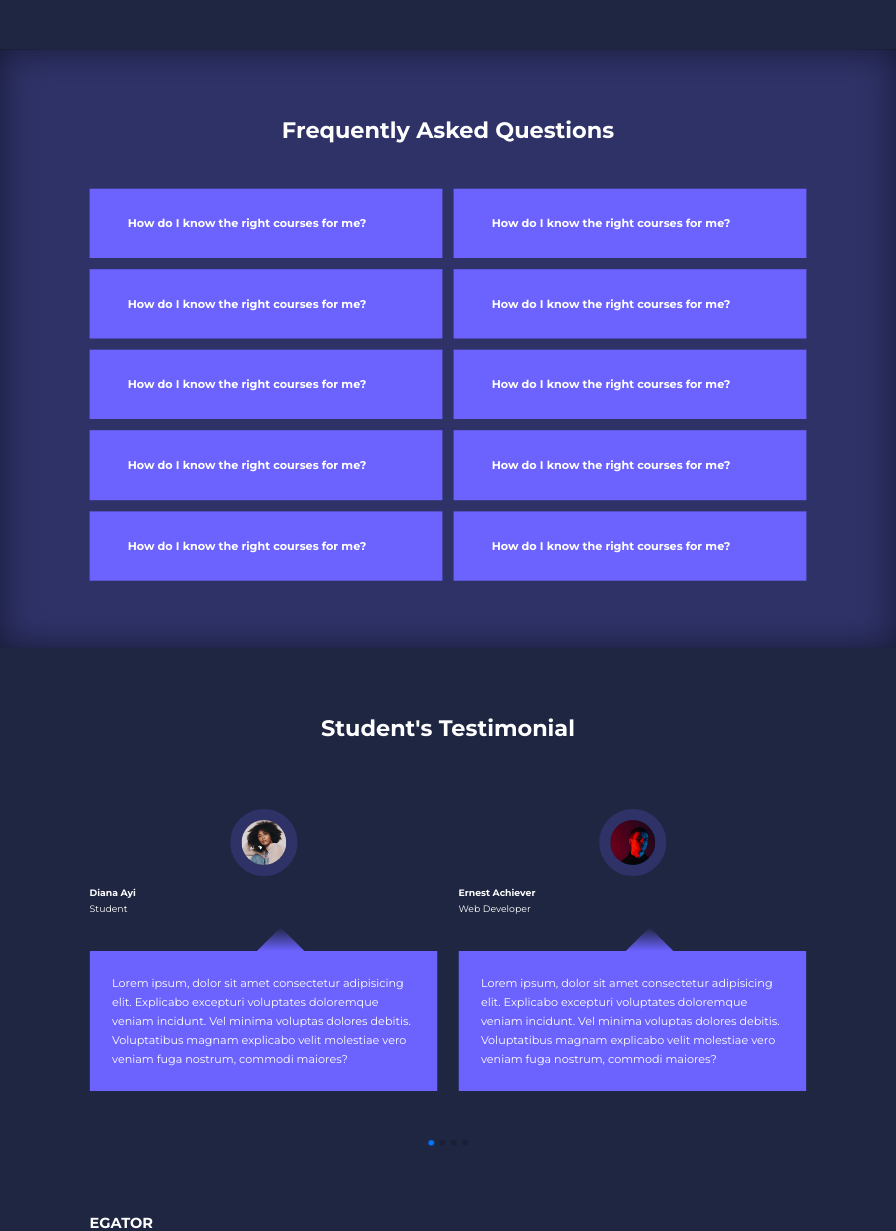
Repository: QUANGTHAI2003/education-web
Page: index.html
An editor plug-in stored every save of this project. The page is shown before and after the next save, followed by the edit.
The browser window is 1280 px wide. The pictures show the part of the page from y = 1962 to 3882 px (the page is 3721 px tall before and 3882 px after), at 70% of full size.
Some icons come from a web library that is not loaded, so they are not drawn.

Above is the page before, as saved 2022-03-12 08:48:46.

After the next save:
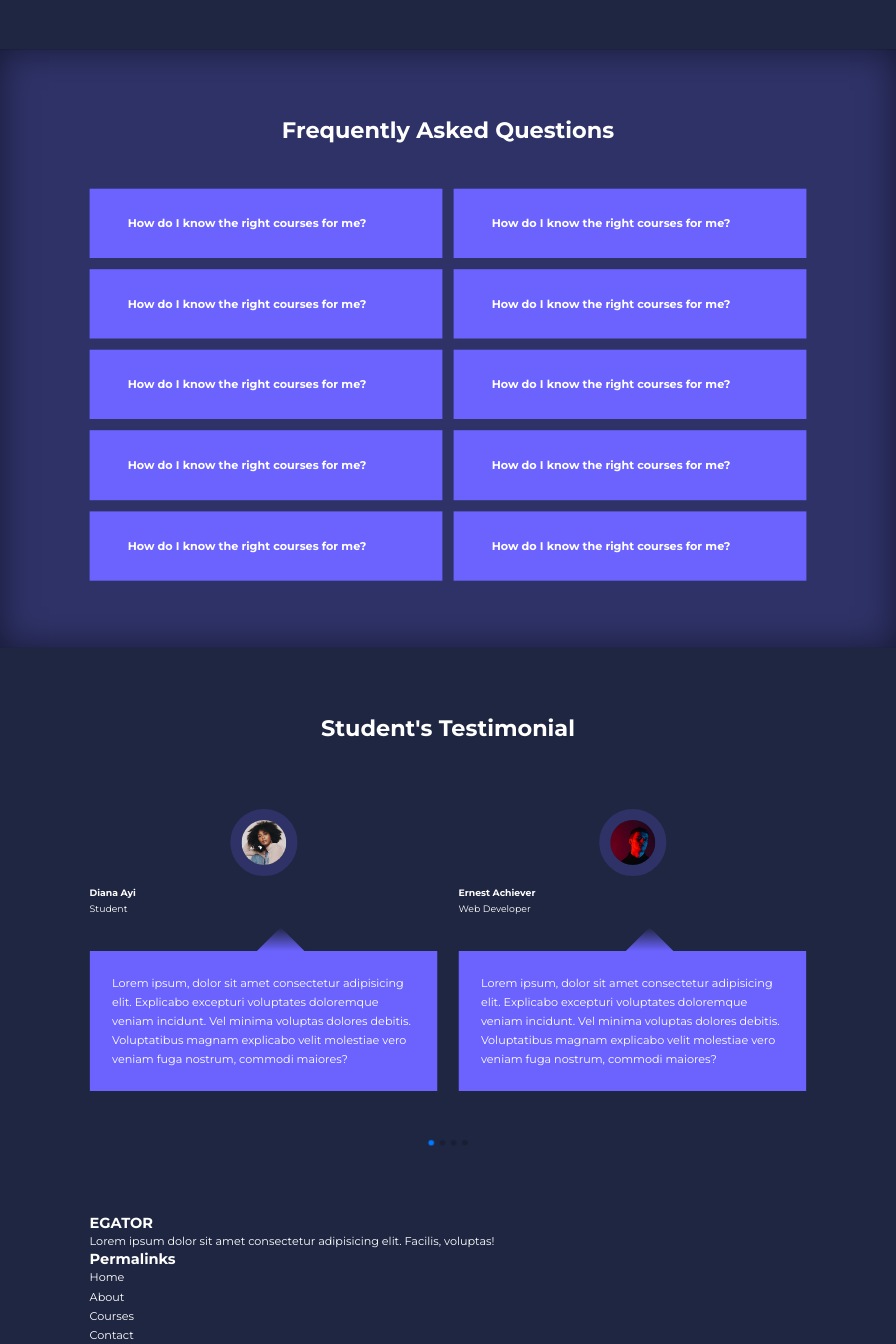
Saved 2 min 43 s later.
--- a/index.html
+++ b/index.html
@@ -405,6 +405,18 @@
             <div class="container footer__container">
                 <div class="footer__1">
                     <a href="index.html" class="footer__logo"><h4>EGATOR</h4></a>
+                    <p>
+                        Lorem ipsum dolor sit amet consectetur adipisicing elit. Facilis, voluptas!
+                    </p>
+                </div>
+                <div class="footer__2">
+                    <h4>Permalinks</h4>
+                    <ul class="pernalinks">
+                        <li><a href="index.html">Home</a></li>
+                        <li><a href="about.html">About</a></li>
+                        <li><a href="courses.html">Courses</a></li>
+                        <li><a href="contact.html">Contact</a></li>
+                    </ul>
                 </div>
             </div>
         </footer>
